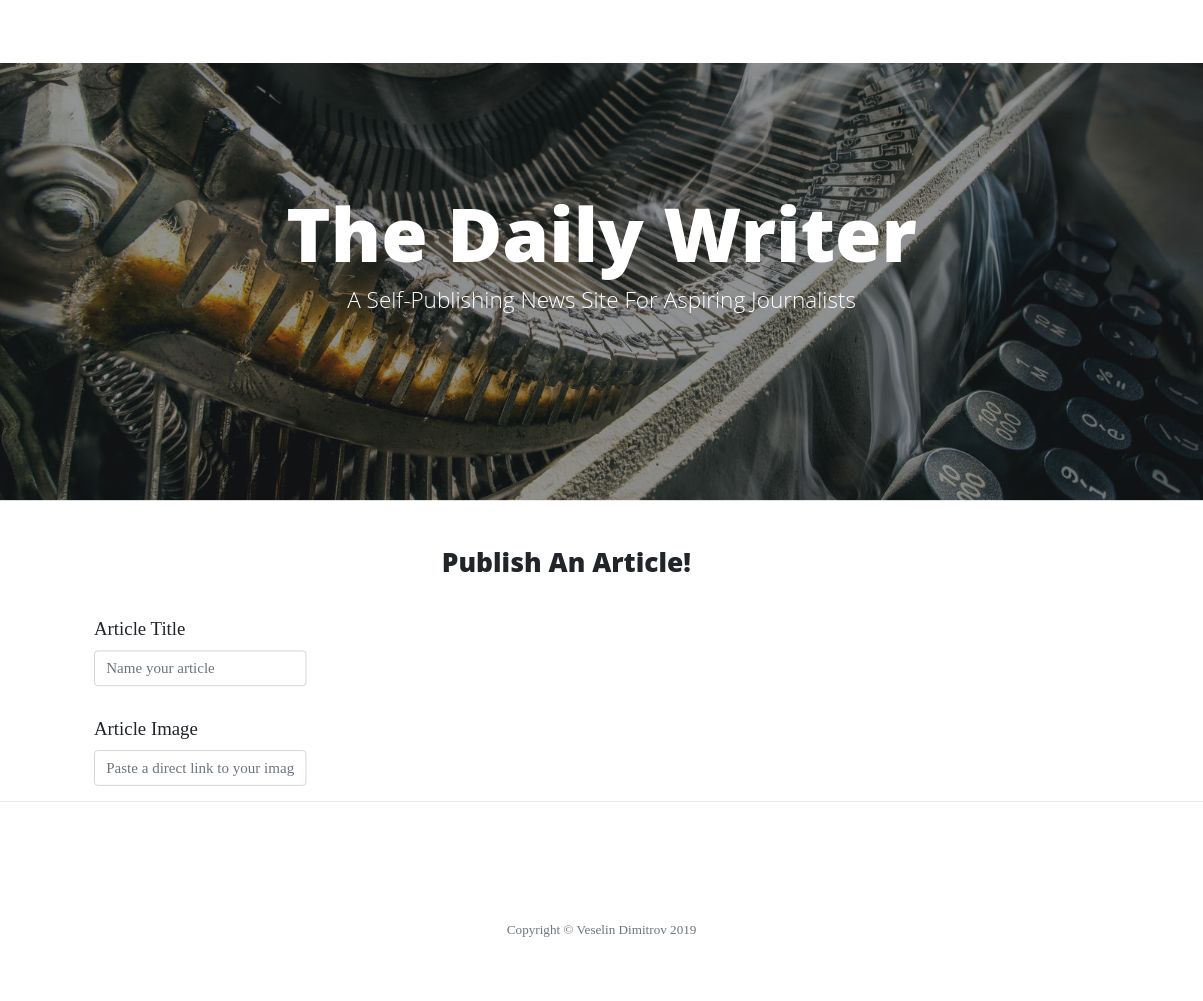
Repository: Vesss/Blog-Project
Page: http://localhost/post
The author's editor kept a record of every edit. The page is drawn from the files as they stood at one moment, then again after the next edit.
The browser window is 1280 px wide. The pictures show the whole page, at 94% of full size.
The page is served by the project's application, run on Flask 3 (app.py). Other server files are loaded and not shown.

Above is the page before.

### templates/post.html
{% extends 'base.html' %} {% block content %}
<div class="container">
    <div class="row justify-content-center">
        <h3 class="col-sm-4">Publish An Article!</h3>
    </div>
</div>

<br />

<div class="container">
    <div class="row">
        <form>
            <div class="col">
                <label for="article">Article Title</label>
                <input type="text" class="form-control" placeholder="Name your article">
            </div>

            <br />

            <div class="col">
                <label for="image">Article Image</label>
                <input type="text" class="form-control" placeholder="Paste a direct link to your image">
            </div>
        </form>
    </div>
</div>
{% endblock %}

### templates/base.html
<!DOCTYPE html>
<html lang="en">
<head>
    <meta charset="UTF-8">
    <meta name="viewport" content="width=device-width, initial-scale=1.0">
    <meta http-equiv="X-UA-Compatible" content="ie=edge">
    <link rel="stylesheet" href="{{ url_for('static', filename='vendor/bootstrap/css/bootstrap.min.css') }}" type="text/css" />
    <link rel="stylesheet" href="{{ url_for('static', filename='css/clean-blog.min.css') }}" type="text/css" />
    <link rel="stylesheet" href="{{ url_for('static', filename='css/style.css') }}" type="text/css" />
    <title>The Daily Writer</title>
</head>
<body>
    <nav class="navbar navbar-expand-lg navbar-light fixed-top" id="mainNav">
    <div class="container">
      <a class="navbar-brand" href="{{ url_for('index') }}">The Daily Writer</a>
      <button class="navbar-toggler navbar-toggler-right" type="button" data-toggle="collapse" data-target="#navbarResponsive" aria-controls="navbarResponsive" aria-expanded="false" aria-label="Toggle navigation">
        Menu
        <i class="fas fa-bars"></i>
      </button>
      <div class="collapse navbar-collapse" id="navbarResponsive">
        <ul class="navbar-nav ml-auto">
          <li class="nav-item">
            <a class="nav-link" href="{{ url_for('index') }}">Home</a>
          </li>
          <li class="nav-item">
            <a class="nav-link" href="{{ url_for('about') }}">About</a>
          </li>
          <li class="nav-item">
            <a class="nav-link" href="{{ url_for('post') }}">Post</a>
          </li>
          <li class="nav-item">
            <a class="nav-link" href="{{ url_for('contact') }}">Contact Us</a>
          </li>
          <li class="nav-item">
            <a class="nav-link" href="{{ url_for('articles') }}">Articles</a>
          </li>
        </ul>
      </div>
    </div>
  </nav>

  <!-- Page Header -->
  <header class="masthead" style="background-image: url('{{ url_for('static', filename='img/the_engine_of_history.jpg') }}')">
    <div class="overlay"></div>
    <div class="container">
      <div class="row">
        <div class="col-lg-8 col-md-10 mx-auto">
          <div class="site-heading">
            <h1>The Daily Writer</h1>
            <span class="subheading">A Self-Publishing News Site For Aspiring Journalists</span>
          </div>
        </div>
      </div>
    </div>
  </header>

  <!-- Main Content -->
  <div class="container">

    {% block content %}
    {% endblock %}

  </div>

  <hr>

  <!-- Footer -->
  <footer>
    <div class="container">
      <div class="row">
        <div class="col-lg-8 col-md-10 mx-auto">
          <ul class="list-inline text-center">
            <li class="list-inline-item">
              <a href="#">
                <span class="fa-stack fa-lg">
                  <i class="fas fa-circle fa-stack-2x"></i>
                  <i class="fab fa-twitter fa-stack-1x fa-inverse"></i>
                </span>
              </a>
            </li>
            <li class="list-inline-item">
              <a href="#">
                <span class="fa-stack fa-lg">
                  <i class="fas fa-circle fa-stack-2x"></i>
                  <i class="fab fa-facebook-f fa-stack-1x fa-inverse"></i>
                </span>
              </a>
            </li>
            <li class="list-inline-item">
              <a href="#">
                <span class="fa-stack fa-lg">
                  <i class="fas fa-circle fa-stack-2x"></i>
                  <i class="fab fa-github fa-stack-1x fa-inverse"></i>
                </span>
              </a>
            </li>
          </ul>
          <p class="copyright text-muted">Copyright &copy; Veselin Dimitrov 2019</p>
        </div>
      </div>
    </div>
  </footer>

  <!-- Bootstrap core JavaScript -->
  <script src="{{ url_for('static', filename='vendor/jquery/jquery.min.js') }}"></script>
  <script src="{{ url_for('static', filename='vendor/bootstrap/js/bootstrap.bundle.min.js') }}"></script>

  <!-- Custom scripts for this template -->
  <script src="{{ url_for('static', filename='js/clean-blog.min.js') }}"></script>

</body>
</html>

### app.py
import os
from flask import Flask, render_template, redirect, request, url_for
from flask_pymongo import PyMongo
from bson.objectid import ObjectId
from flask_mail import Mail
from flask_mail import Message


app = Flask(__name__)

app.config["MONGO_DBNAME"] = "blog_project"
app.config["MONGO_URI"] = "mongodb+srv://root:maniac93@myfirstcluster-ilypv.mongodb.net/blog_project?retryWrites=true&w=majority"
app.config["DEBUG"] = True
app.config["TESTING"] = False
app.config["MAIL_SERVER"] = "smtp.gmail.com"
app.config["MAIL_PORT"] = 587
app.config["MAIL_USE_TLS"] = True
app.config["MAIL_USE_SSL"] = False
# app.config["MAIL_DEBUG"] = True
app.config["MAIL_USERNAME"] = None
app.config["MAIL_PASSWORD"] = None
app.config["MAIL_DEFAULT_SENDER"] = "blitzermann4@gmail.com"
app.config["MAIL_MAX_EMAILS"] = 5
app.config["MAIL_SUPPRESS_SEND"] = False
app.config["MAIL_ASCII_ATTACHMENTS"] = False

mail = Mail(app)

mongo = PyMongo(app)

@app.route("/")
def index():
    return render_template("index.html")

@app.route("/about")
def about():
    return render_template("about.html", about=mongo.db.about_information.find())

@app.route("/contact")
def contact():
    return render_template("contact.html")

@app.route("/post")
def post():
    return render_template("post.html")

# @app.route("/add_article")
# def add_article():

@app.route("/articles")
def articles():
    return render_template("articles.html")

@app.route("/send", methods=["GET", "POST"])
def send():
    msg = Message("Hi there", recipients=["ves.dimitrov121@gmail.com"])
    mail.send(msg)
    if request.method == "POST":
        return 'Form posted.'
    elif request.method == "GET":
        return render_template('contact.html')


if __name__ == "__main__":
    app.run(host=os.environ.get("IP"),
            port=int(os.environ.get("PORT")),
            debug=True)

### static/css/style.css
.contact-form{
    background:rgba(0,0,0, .3);
    color:white;
    margin-top: 100px;
    padding: 20px;
    box-shadow: 0px 0px 10px 3px grey;
}

hr {
    background: white;
}

Loaded but not shown: static/css/clean-blog.min.css (library); static/js/clean-blog.min.js (common file)

After the next edit:
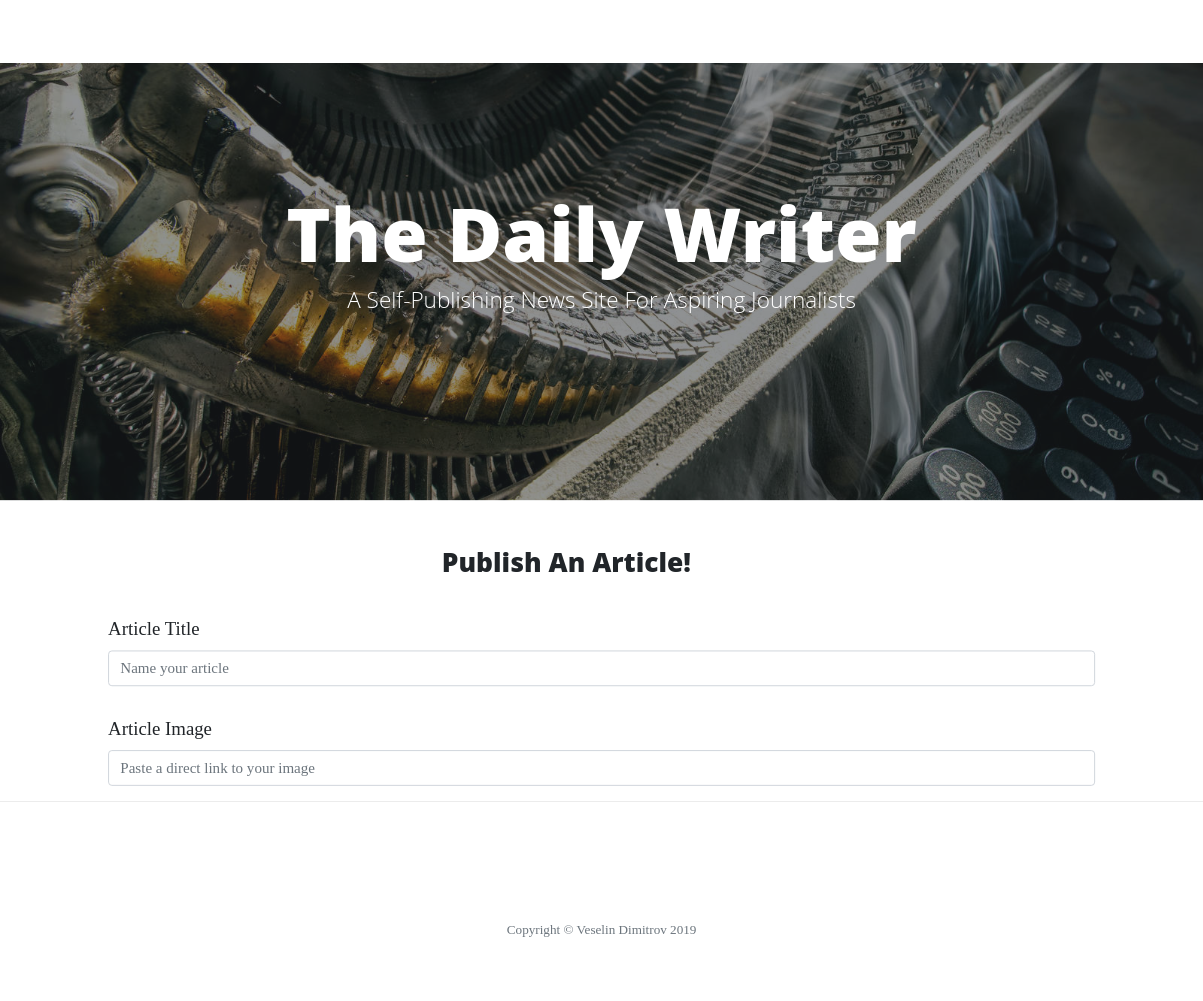
The edit:
--- a/templates/post.html
+++ b/templates/post.html
@@ -9,7 +9,7 @@
 
 <div class="container">
     <div class="row">
-        <form>
+        <form action="" method="POST" class="col-sm-12">
             <div class="col">
                 <label for="article">Article Title</label>
                 <input type="text" class="form-control" placeholder="Name your article">
